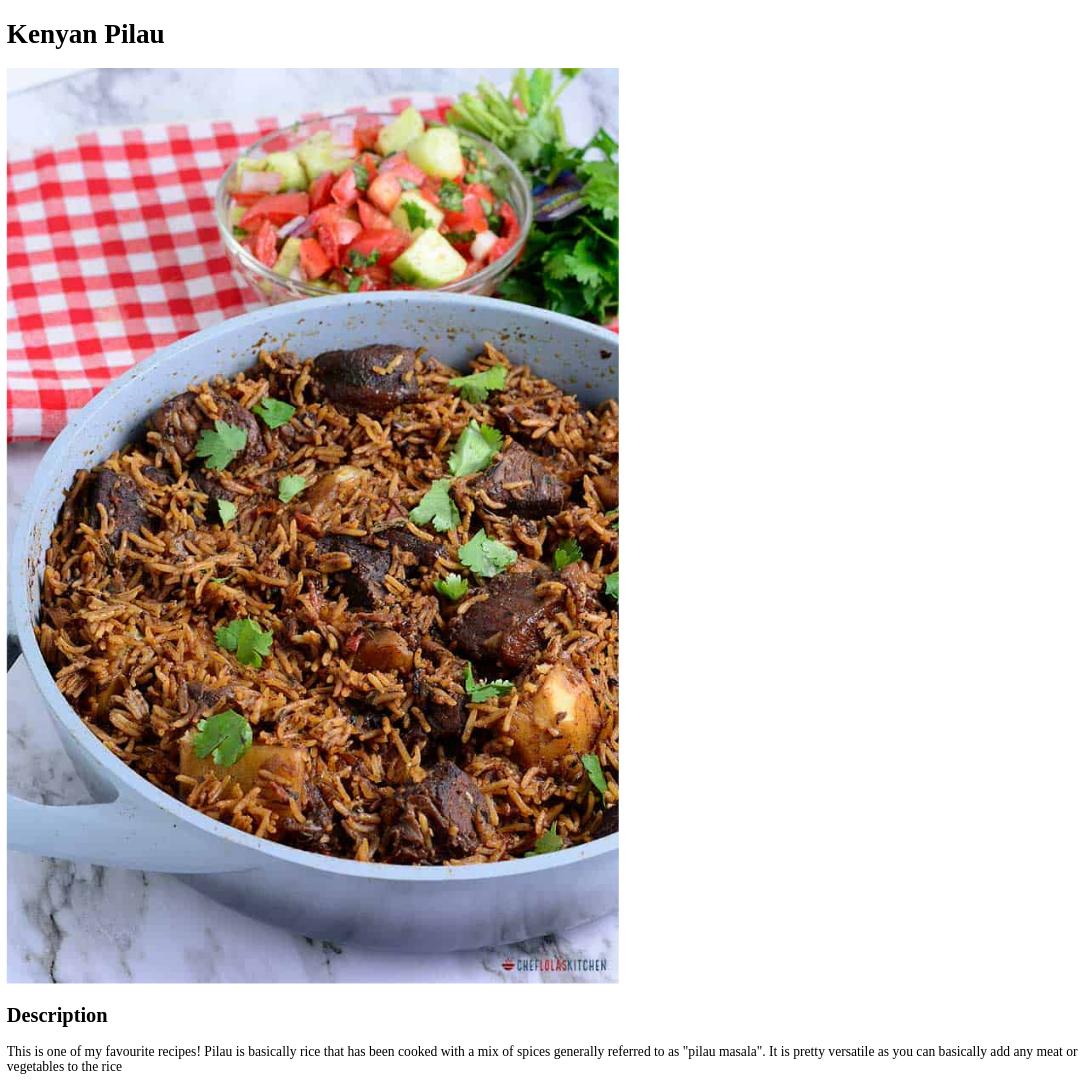
Repository: IanaAmke/odin-recipes
Page: recipes/pilau.html
These files come from the project's save history. The page is drawn as it stood at one moment and after the next save; the edit follows.
The browser window is 1280 px wide. The pictures show the whole page, at 85% of full size.

Above is the page before, as saved 2022-06-05 18:21:33.

### recipes/pilau.html
<!DOCTYPE html>
<html lang="en-GB">

<head>
    <meta charset="UTF-8">
    <title>Pilau Recipe</title>
</head>

<body>
    <h1>Kenyan Pilau</h1>
    <img src="./img/pilau.jpg" alt="beef pilau rice with potatoes">
    <h2>Description</h2>
    <p>This is one of my favourite recipes! Pilau is basically rice that has been cooked with a mix of spices generally referred to as "pilau masala". It is pretty versatile as you can basically add any meat or vegetables to the rice </p>
</body>

</html>

After the next save:
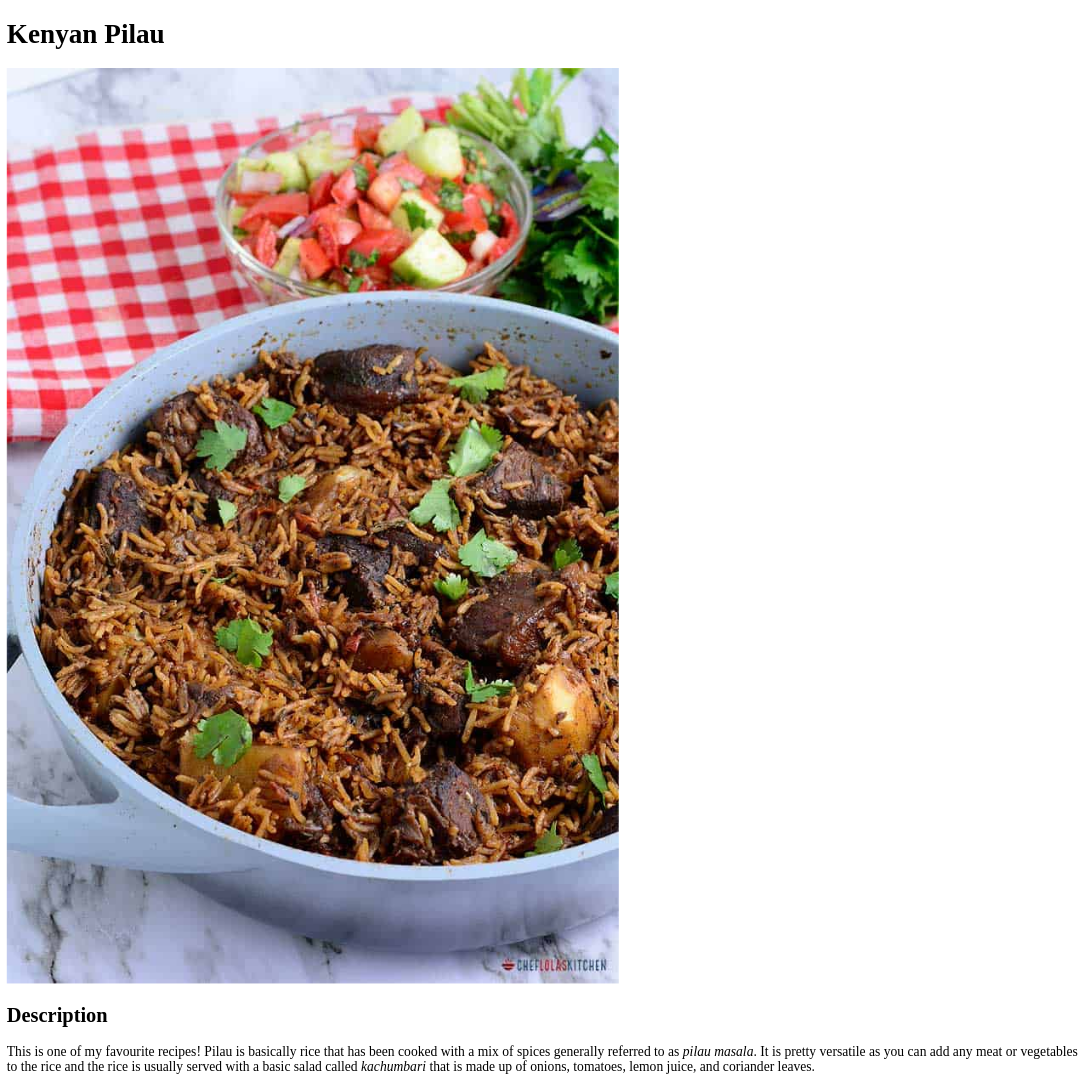
Saved 2 min 9 s later.
--- a/recipes/pilau.html
+++ b/recipes/pilau.html
@@ -10,7 +10,8 @@
     <h1>Kenyan Pilau</h1>
     <img src="./img/pilau.jpg" alt="beef pilau rice with potatoes">
     <h2>Description</h2>
-    <p>This is one of my favourite recipes! Pilau is basically rice that has been cooked with a mix of spices generally referred to as "pilau masala". It is pretty versatile as you can basically add any meat or vegetables to the rice </p>
+    <p>This is one of my favourite recipes! Pilau is basically rice that has been cooked with a mix of spices generally referred to as <i>pilau masala</i>. It is pretty versatile as you can add any meat or vegetables to the rice and the rice is usually served
+        with a basic salad called <i>kachumbari</i> that is made up of onions, tomatoes, lemon juice, and coriander leaves.</p>
 </body>
 
 </html>
